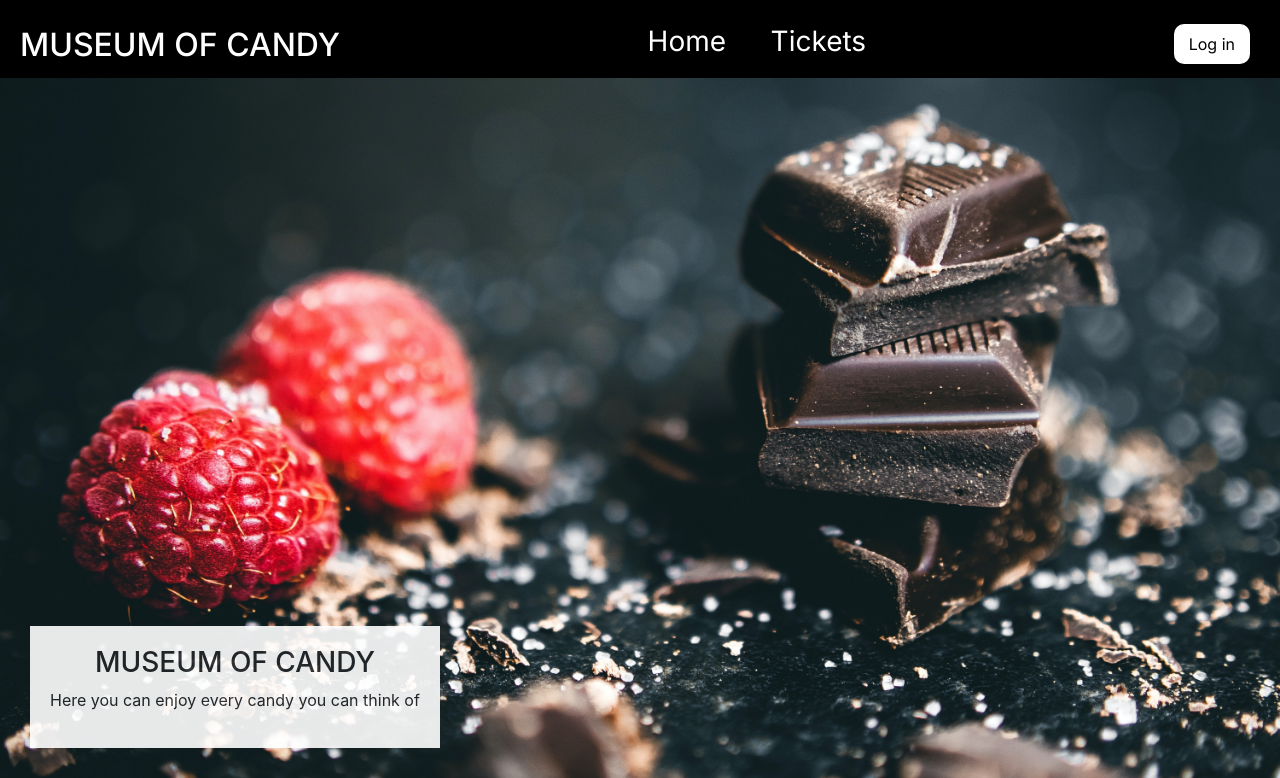
Repository: m-koparanova/MuseumOfCandy
Page: index.html
These files come from the project's save history. The page is drawn as it stood at one moment and after the next save; the edit follows.
The browser window is 1280 px wide. The pictures show the whole page.

Above is the page before, as saved 2023-03-05 19:41:20.

### index.html
<!DOCTYPE html>
<html lang="en">
<head>
    <meta charset="UTF-8">
    <meta http-equiv="X-UA-Compatible" content="IE=edge">
    <meta name="viewport" content="width=device-width, initial-scale=1.0">
    <title>Document</title>
    <link rel="stylesheet" href="https://cdn.jsdelivr.net/npm/bootstrap@4.6.2/dist/css/bootstrap.min.css" integrity="sha384-xOolHFLEh07PJGoPkLv1IbcEPTNtaed2xpHsD9ESMhqIYd0nLMwNLD69Npy4HI+N" crossorigin="anonymous">

    <link rel="stylesheet" href="style.css">

</head>
<body>
    <nav class="nav-bar">
        <div class="top-nav">
            <h2 class="logo">MUSEUM OF CANDY</h2>
            <ul>
                <li class="nav"><a href="#">Home</a></li>
                <li class="nav"><a href="#">Tickets</a></li>
            </ul>
            <button class="button">Log in</button>
        </div>

    </nav>

    <tbody>
        <div class="image-container">
            <img src="pics\pexels-lisa-fotios-918327.jpg" alt="" class="image">
            <div class="text-container">
                <h3>MUSEUM OF CANDY</h3>
                <p>Here you can enjoy every candy you can think of</p>
            </div>
        </div>
    </tbody>

    <script src="https://cdn.jsdelivr.net/npm/jquery@3.5.1/dist/jquery.slim.min.js" integrity="sha384-DfXdz2htPH0lsSSs5nCTpuj/zy4C+OGpamoFVy38MVBnE+IbbVYUew+OrCXaRkfj" crossorigin="anonymous"></script>
    <script src="https://cdn.jsdelivr.net/npm/bootstrap@4.6.2/dist/js/bootstrap.bundle.min.js" integrity="sha384-Fy6S3B9q64WdZWQUiU+q4/2Lc9npb8tCaSX9FK7E8HnRr0Jz8D6OP9dO5Vg3Q9ct" crossorigin="anonymous"></script>

</body>
</html>

### style.css
@import url('https://fonts.googleapis.com/css2?family=Inter:wght@100;200;300;400;500;600;700;800;900&display=swap');


*{
    margin: 0;
    padding: 0;
}

.nav-bar{
    background: black;
}

.logo {
    font-family: 'Inter', sans-serif, bold;
    color: white;
}

.top-nav{
    display: flex;
    align-items: center;
    justify-content: space-between;
    padding-top: 20px;
    padding-left: 20px;

}

.top-nav ul li{
    display: inline-block;
    list-style-type: none;
    padding-left: 20px;
    padding-right: 20px;
    font-family: 'Inter', sans-serif;
    font-size: 28px;
}

.top-nav ul li a{
    text-decoration: none;
    color: white;
}

.top-nav ul li a:hover{
    color: rgb(215, 5, 5);
    transition: .3s;
}

.button{
    border: none;
    background: white;
    border-radius: 10px;
    padding: 8px 15px 8px 15px;
    margin-right: 30px;
    margin-bottom: 10px;
    font-family: 'Inter', sans-serif;
    text-align: center;
}

.button:hover{
    background: rgb(215, 5, 5);
    color: white;
}

.image-container {
    position: relative;
    text-align: center;
}

.image{
    object-fit: cover;
    width: 100%;
    height: 700px;
}

.text-container{
    position: absolute;
    bottom: 30px;
    left: 30px;
    background: white;
    opacity: 90%;
    padding: 20px;
}

After the next save:
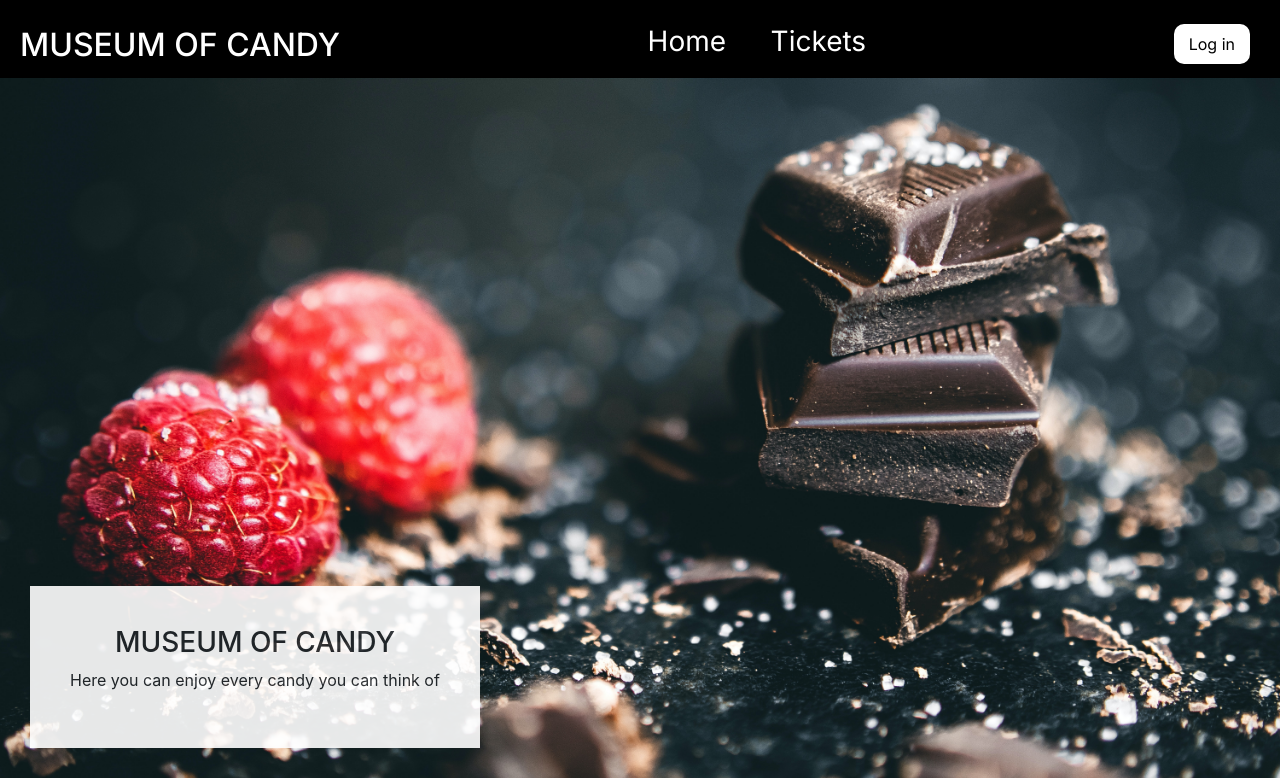
Saved 13 s later.
--- a/style.css
+++ b/style.css
@@ -76,5 +76,5 @@
     left: 30px;
     background: white;
     opacity: 90%;
-    padding: 20px;
+    padding: 40px;
 }
